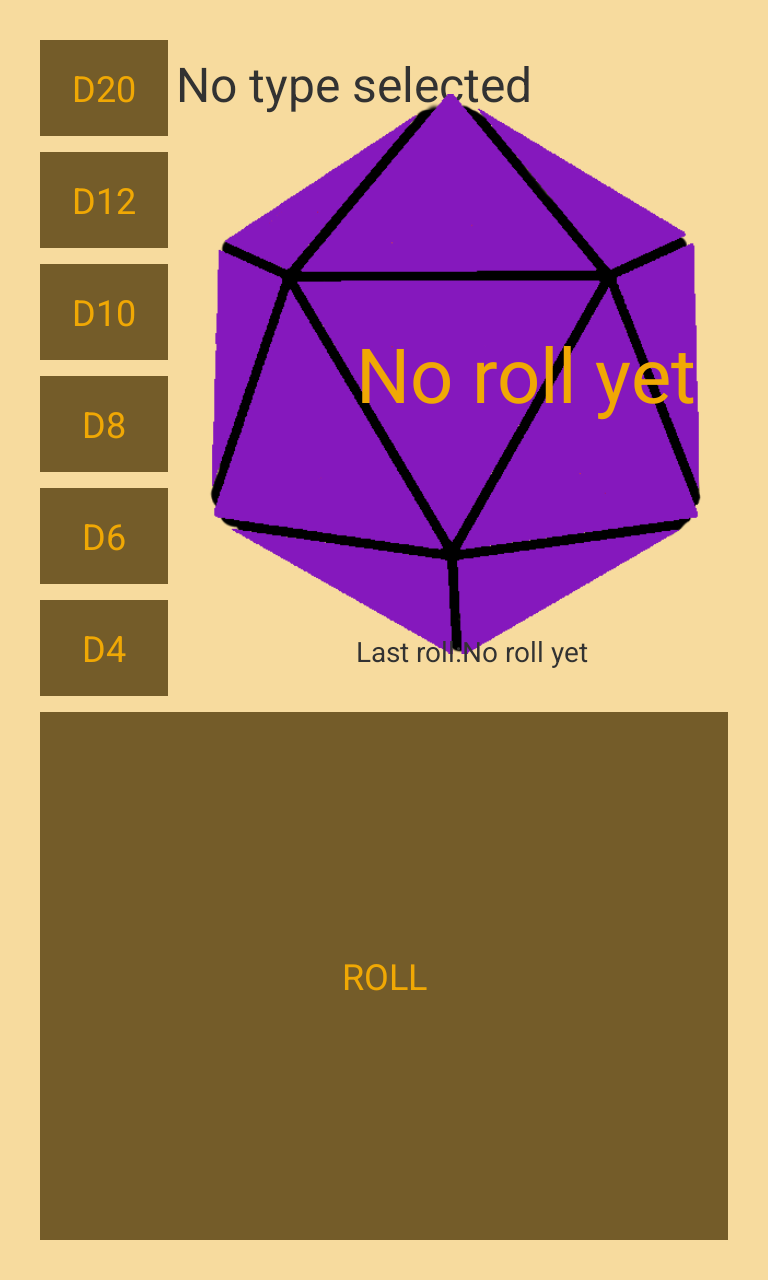
Repository: Bjodol/Roller
Layout: Roller3/res/layout/activity_main.xml
An editor plug-in stored every save of this project. The layout is shown before and after the next save, followed by the edit.
It is drawn on a 768 x 1280 px phone screen (xhdpi) without system bars, with theme AppTheme; the app's code is not run. The app's manifest (not shown) leaves right-to-left support off. So textAlignment, textDirection and layoutDirection are ignored, and left and right values win over start and end ones.

Above is the layout before, as saved 2013-08-31 09:40:40.

### Roller3/res/layout/activity_main.xml
<RelativeLayout xmlns:android="http://schemas.android.com/apk/res/android"
    xmlns:tools="http://schemas.android.com/tools"
    android:layout_width="fill_parent"
    android:layout_height="fill_parent"
    android:background="@color/Beige"
    android:gravity="top"
    android:paddingBottom="@dimen/activity_vertical_margin"
    android:paddingLeft="@dimen/activity_horizontal_margin"
    android:paddingRight="@dimen/activity_horizontal_margin"
    android:paddingTop="@dimen/activity_vertical_margin"
    tools:context=".MainActivity" >

    <Button
        android:id="@+id/d12"
        android:layout_margin="4dp"
        android:background="@color/Brown"
        android:textColor="@color/Bronze"
        android:layout_width="wrap_content"
        android:layout_height="wrap_content"
        android:layout_below="@+id/d20"
        android:onClick="d12"
        android:text="@string/d12" />

    <TextView
        android:id="@+id/dice_type"
        android:layout_width="wrap_content"
        android:layout_height="wrap_content"
        android:layout_alignBaseline="@id/d20"
        android:layout_toRightOf="@id/d20"
        android:text="@string/noDiceType"
        android:textAlignment="center"
        android:textSize="24sp" />

    <ImageView
        android:id="@+id/purpleDice"
        android:contentDescription="@string/diceDescription"
        android:layout_width="wrap_content"
        android:layout_height="wrap_content"
        android:layout_toRightOf="@id/d10"
        android:layout_alignParentRight="true"
        android:src="@drawable/purple_dice" />

    <TextView
        android:id="@+id/last_roll_text"
        android:layout_width="wrap_content"
        android:layout_height="wrap_content"
        android:layout_alignBaseline="@+id/d4"
        android:layout_alignBottom="@+id/d4"
        android:layout_alignLeft="@+id/dice_throw"
        android:text="@string/lastRoll"
        android:textAlignment="center"
        android:textSize="14sp" />

    <TextView
        android:id="@+id/last_roll_value"
        android:layout_width="wrap_content"
        android:layout_height="wrap_content"
        android:layout_alignBaseline="@id/last_roll_text"
        android:layout_toRightOf="@id/last_roll_text"
        android:text="@string/noRolls"
        android:textAlignment="center"
        android:textSize="14sp" />

    <Button
        android:id="@+id/roll_button"
        android:background="@color/Brown"
        android:layout_margin="4dp"
        android:layout_width="fill_parent"
        android:layout_height="wrap_content"
        android:layout_below="@+id/d4"
        android:layout_alignParentBottom="true"
        android:onClick="roll"
        android:text="@string/roll"
        android:textColor="@color/Bronze" />

    <Button
        android:id="@+id/d10"
        android:layout_margin="4dp"
        android:background="@color/Brown"
        android:textColor="@color/Bronze"
        android:layout_width="wrap_content"
        android:layout_height="wrap_content"
        android:layout_below="@+id/d12"
        android:layout_toLeftOf="@+id/current_roll_text"
        android:onClick="d10"
        android:text="@string/d10" />

    <Button
        android:id="@+id/d8"
        android:layout_margin="4dp"
        android:background="@color/Brown"
        android:textColor="@color/Bronze"
        android:layout_width="wrap_content"
        android:layout_height="wrap_content"
        android:layout_below="@+id/d10"
        android:layout_toLeftOf="@+id/current_roll_text"
        android:onClick="d8"
        android:text="@string/d8" />

    <Button
        android:id="@+id/d6"
        android:layout_margin="4dp"
        android:background="@color/Brown"
        android:textColor="@color/Bronze"
        android:layout_width="wrap_content"
        android:layout_height="wrap_content"
        android:layout_below="@+id/d8"
        android:layout_toLeftOf="@+id/current_roll_text"
        android:onClick="d6"
        android:text="@string/d6" />

    <Button
        android:id="@+id/d4"
        android:layout_margin="4dp"
        android:background="@color/Brown"
        android:textColor="@color/Bronze"
        android:layout_width="wrap_content"
        android:layout_height="wrap_content"
        android:layout_below="@+id/d6"
        android:layout_toLeftOf="@+id/current_roll_text"
        android:onClick="d4"
        android:text="@string/d4" />

    <Button
        android:id="@+id/d20"
        android:layout_width="wrap_content"
        android:layout_height="wrap_content"
        android:layout_alignParentLeft="true"
        android:layout_alignParentTop="true"
        android:layout_margin="4dp"
        android:layout_marginTop="21dp"
        android:background="@color/Brown"
        android:onClick="d20"
        android:text="@string/d20"
        android:textColor="@color/Bronze" />

    <TextView
        android:id="@+id/dice_throw"
        android:layout_width="wrap_content"
        android:layout_height="wrap_content"
        android:layout_alignBottom="@+id/d8"
        android:layout_alignRight="@+id/roll_button"
        android:layout_marginBottom="24dp"
        android:layout_marginRight="16dp"
        android:text="@string/noRolls"
        android:textAlignment="center"
        android:textColor="@color/Bronze"
        android:textSize="38sp" />

</RelativeLayout>

### Roller3/res/values/strings.xml
<?xml version="1.0" encoding="utf-8"?>
<resources>

    <string name="app_name">Roller</string>
    <string name="action_settings">Settings</string>
    <string name="d20">D20</string>
    <string name="d12">D12</string>
    <string name="d10">D10</string>
    <string name="d8">D8</string>
    <string name="d6">D6</string>
    <string name="d4">D4</string>
    <string name="roll">ROLL</string>
    <string name="youRolled">You rolled:</string>
    <string name="noRolls">No roll yet</string>
    <string name="lastRoll">Last roll:</string>
    <string name="noDiceType">No type selected</string>
    <string name="diceDescription">A purple d20 dice</string>
    <color name="Purple">#9e14e8</color>
    <color name="Beige">#f7db9e</color>
    <color name="Bronze">#F0A804</color>
    <color name="Brown">#745c29</color>

</resources>

Loaded but not shown: Roller3/res/values/styles.xml (common file); Roller3/res/values-v11/styles.xml (common file); Roller3/res/values-v14/styles.xml (common file); Roller3/res/values/dimens.xml (common file)

After the next save:
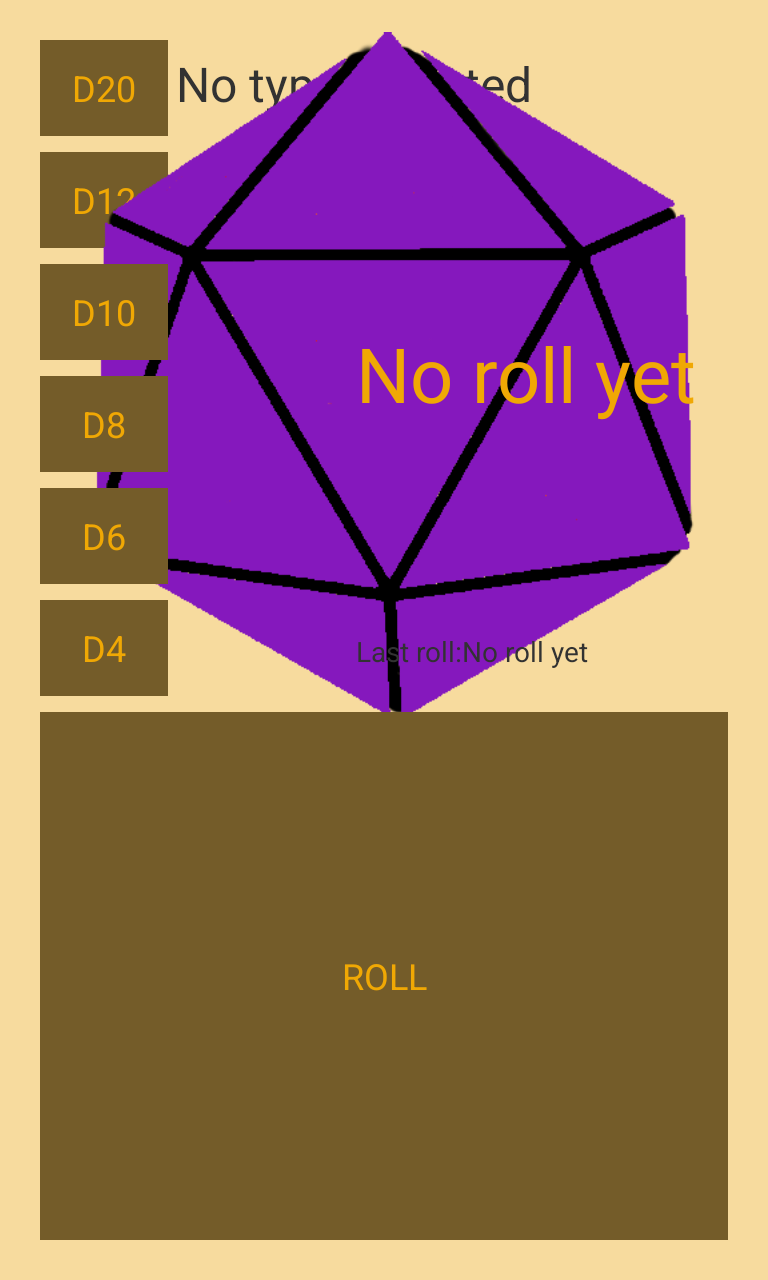
Saved 13 s later.
--- a/Roller3/res/layout/activity_main.xml
+++ b/Roller3/res/layout/activity_main.xml
@@ -36,7 +36,6 @@
         android:contentDescription="@string/diceDescription"
         android:layout_width="wrap_content"
         android:layout_height="wrap_content"
-        android:layout_toRightOf="@id/d10"
         android:layout_alignParentRight="true"
         android:src="@drawable/purple_dice" />
 

After the save that followed:
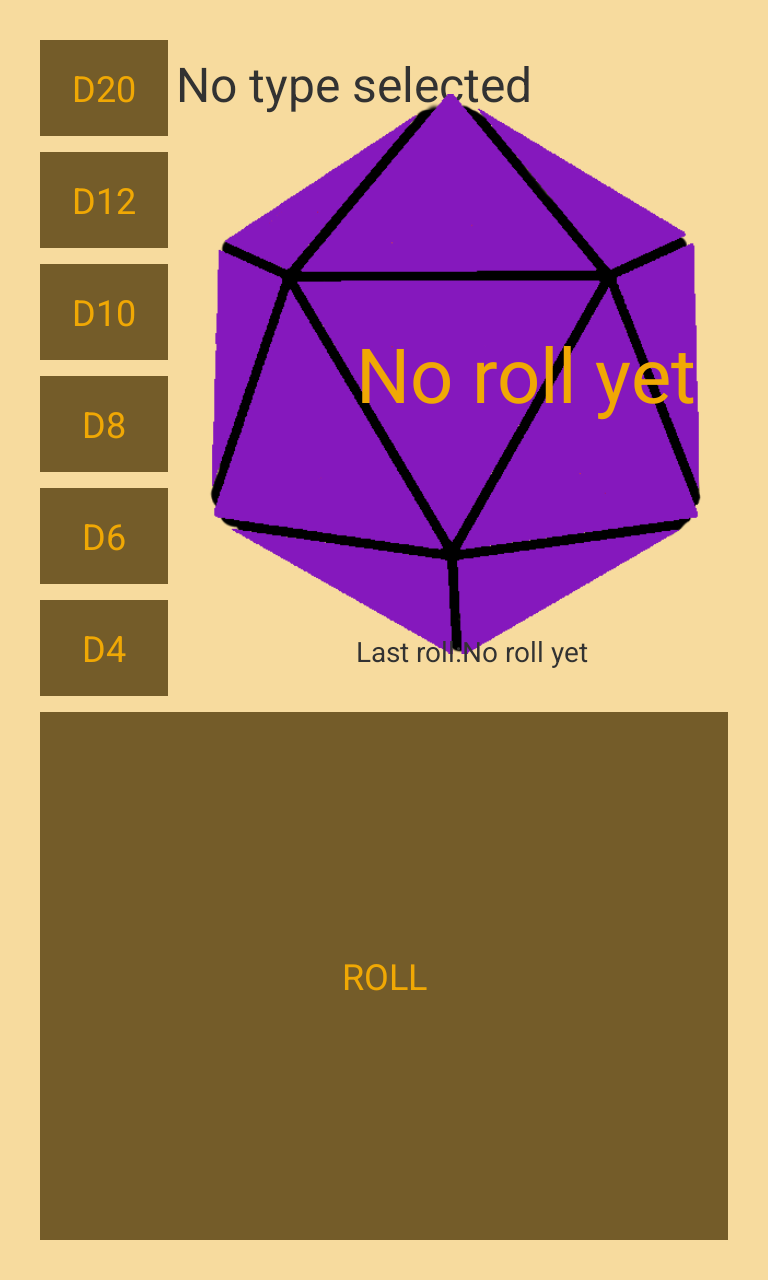
Saved 7 s later.
--- a/Roller3/res/layout/activity_main.xml
+++ b/Roller3/res/layout/activity_main.xml
@@ -36,6 +36,7 @@
         android:contentDescription="@string/diceDescription"
         android:layout_width="wrap_content"
         android:layout_height="wrap_content"
+        android:layout_toRightOf="@id/d10"
         android:layout_alignParentRight="true"
         android:src="@drawable/purple_dice" />
 
